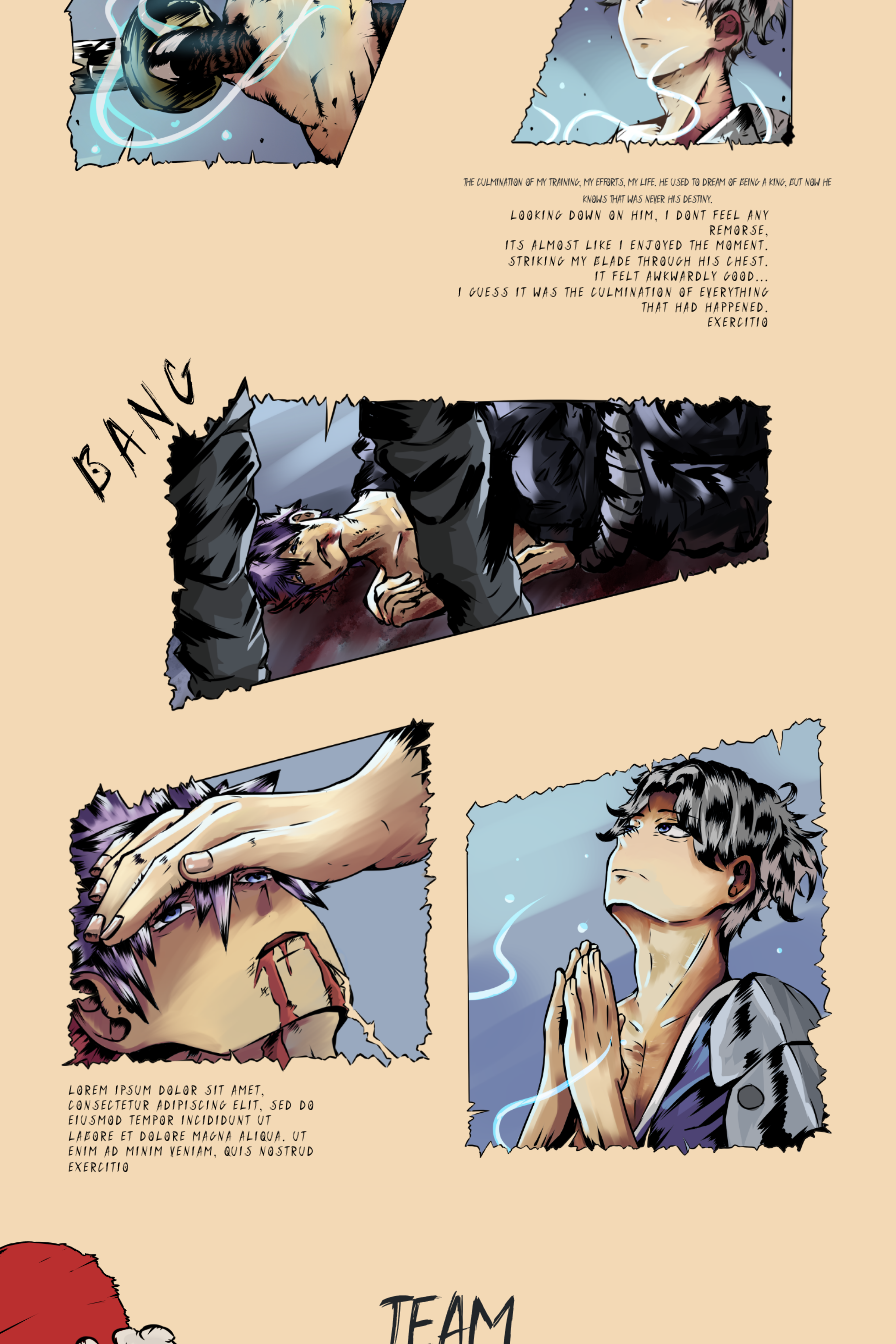
Repository: abzStudio/Kabuto-Web-notCompeleted
Page: index.html
These files come from the project's save history. The page is drawn as it stood at one moment and after the next save; the edit follows.
The browser window is 1280 px wide. The pictures show the part of the page from y = 1282 to 3202 px (the page is 4701 px tall before and 4653 px after), at 70% of full size.
Some web libraries are served in a nearby version.

Above is the page before, as saved 2023-03-16 03:02:21.

After the next save:
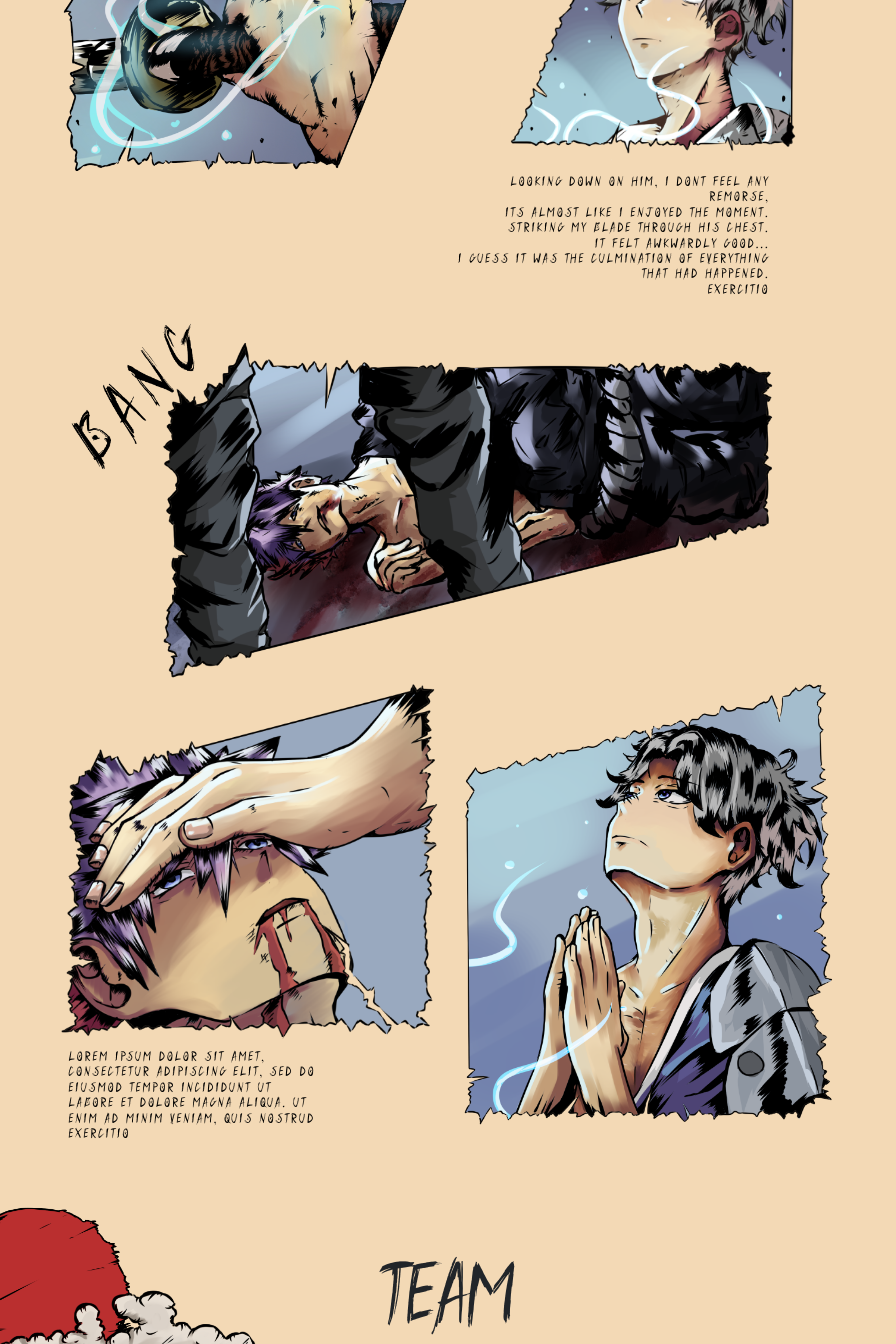
Saved 8 s later.
--- a/index.html
+++ b/index.html
@@ -79,8 +79,7 @@
             <div class="col-md-6 story_img">
                 <img src="asset/images/story_2.png" class="story_two" alt="Story two">
               <div class="div_text">
-                The culmination of my training, my efforts, my life.  He used to dream of being a king, but now he knows that was never his destiny.
-                <p class="text_p"> Looking down on him, I dont feel any remorse, <br/>  its almost like I enjoyed the moment. <br/>
+                          <p class="text_p"> Looking down on him, I dont feel any remorse, <br/>  its almost like I enjoyed the moment. <br/>
                   Striking my blade through his chest. <br/> It felt awkwardly good...<br/>
                 I guess it was the culmination of everything that had happened. <br/>exercitio</p>
 </div>
